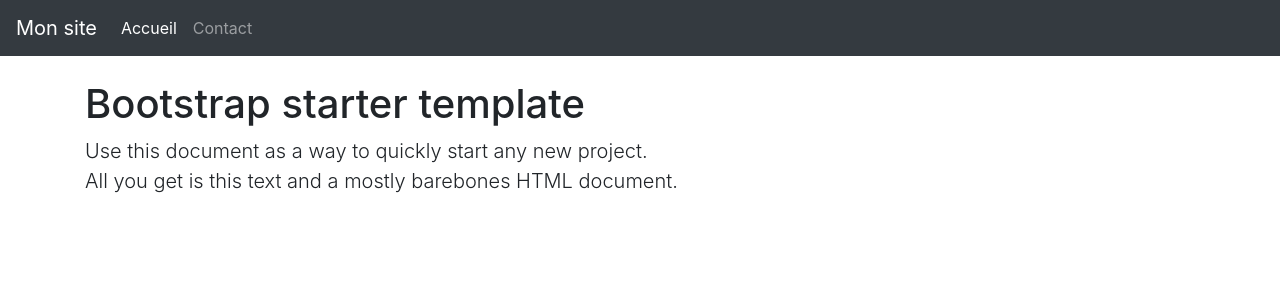
Repository: Alex-Serky/Backend_PHP
Page: http://localhost/
These files come from the project's save history. The page is drawn as it stood at one moment and after the next save; the edit follows.
The browser window is 1280 px wide. The pictures show the whole page.
Some web libraries are served in a nearby version. The page is run by PHP 8.4 with error messages shown; the project is at /var/www/html/.

Above is the page before, as saved 2020-07-20 16:34:35.

### index.php
<?php

$nav = 'index';
$title = 'Page d\'accueil';
require 'header.php';
?>

        <div class="starter-template">
            <h1>Bootstrap starter template</h1>
            <p class="lead">Use this document as a way to quickly start any new project.<br> All you get is this text and a mostly barebones HTML document.</p>
        </div>

<?php require 'footer.php'; ?>

### header.php
<!doctype html>
<html lang="en">

<head>
    <meta charset="utf-8">
    <meta name="viewport" content="width=device-width, initial-scale=1, shrink-to-fit=no">
    <meta name="description" content="">
    <meta name="author" content="">
    <link rel="icon" href="/docs/4.0/assets/img/favicons/favicon.ico">

    <title>
        <?php if(isset($title)): ?>
            <?= $title; ?>
        <?php else: ?>
            Mon site
        <?php endif; ?>
    </title>

    <!-- Bootstrap core CSS -->
    <link rel="stylesheet" href="https://stackpath.bootstrapcdn.com/bootstrap/4.5.0/css/bootstrap.min.css" integrity="sha384-9aIt2nRpC12Uk9gS9baDl411NQApFmC26EwAOH8WgZl5MYYxFfc+NcPb1dKGj7Sk" crossorigin="anonymous">

</head>

<body>

    <nav class="navbar navbar-expand-md navbar-dark bg-dark mb-4">
        <a class="navbar-brand" href="#">Mon site</a>
        <button class="navbar-toggler" type="button" data-toggle="collapse" data-target="#navbarsExampleDefault" aria-controls="navbarsExampleDefault" aria-expanded="false" aria-label="Toggle navigation">
            <span class="navbar-toggler-icon"></span>
        </button>

        <div class="collapse navbar-collapse" id="navbarsExampleDefault">
            <ul class="navbar-nav mr-auto">
        <li class="nav-item <?php if($nav === 'index'): ?>active<?php endif; ?>">
                    <a class="nav-link" href="./index.php">Accueil</a>
                </li>
                <li class="nav-item <?php if($nav === 'contact'): ?>active<?php endif; ?>">
                    <a class="nav-link" href="./contact.php">Contact</a>
                </li>
            </ul>
        </div>
    </nav>

    <main role="main" class="container">

### footer.php
</main><!-- /.container -->

<script src="https://code.jquery.com/jquery-3.2.1.slim.min.js" integrity="sha384-KJ3o2DKtIkvYIK3UENzmM7KCkRr/rE9/Qpg6aAZGJwFDMVNA/GpGFF93hXpG5KkN" crossorigin="anonymous"></script>
<script src="https://cdnjs.cloudflare.com/ajax/libs/popper.js/1.12.9/umd/popper.min.js" integrity="sha384-ApNbgh9B+Y1QKtv3Rn7W3mgPxhU9K/ScQsAP7hUibX39j7fakFPskvXusvfa0b4Q" crossorigin="anonymous"></script>
<script src="https://maxcdn.bootstrapcdn.com/bootstrap/4.0.0/js/bootstrap.min.js" integrity="sha384-JZR6Spejh4U02d8jOt6vLEHfe/JQGiRRSQQxSfFWpi1MquVdAyjUar5+76PVCmYl" crossorigin="anonymous"></script>
</body>

</html>

After the next save:
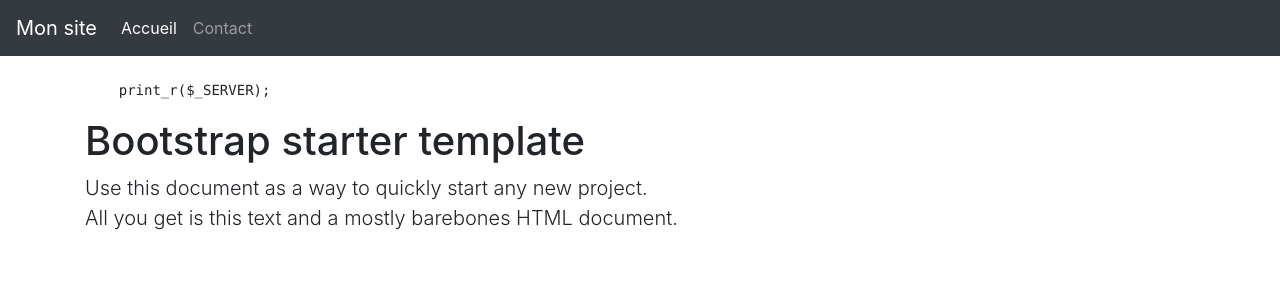
Saved 5 min 30 s later.
--- a/index.php
+++ b/index.php
@@ -5,9 +5,13 @@ $title = 'Page d\'accueil';
 require 'header.php';
 ?>
 
-        <div class="starter-template">
-            <h1>Bootstrap starter template</h1>
-            <p class="lead">Use this document as a way to quickly start any new project.<br> All you get is this text and a mostly barebones HTML document.</p>
-        </div>
+<pre>
+    print_r($_SERVER);
+</pre>
+
+<div class="starter-template">
+    <h1>Bootstrap starter template</h1>
+    <p class="lead">Use this document as a way to quickly start any new project.<br> All you get is this text and a mostly barebones HTML document.</p>
+</div>
 
 <?php require 'footer.php'; ?>
